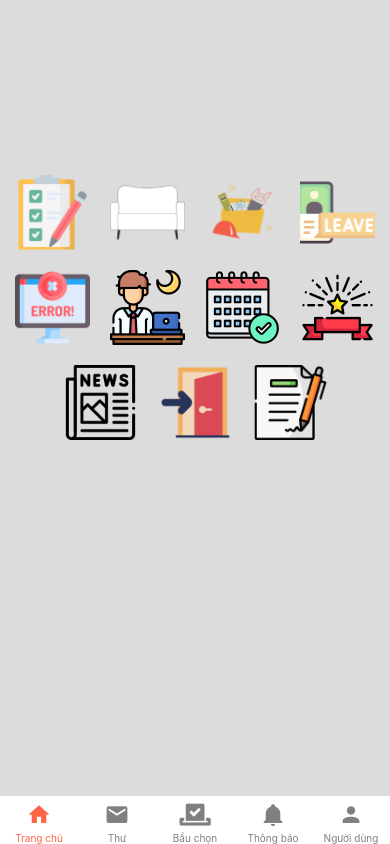
Repository: diepdung02/AppPTC
Page: /Home
The author's editor kept a copy of each file at every save. The page is drawn from the files as they stood at one save, then again after the next save.
The browser window is 390 px wide. The pictures show the whole page.
The page's requests for data from a server got no answer. The app was drawn by React Native's web renderer in a window 390 px wide. The project was rebuilt for these pictures with package versions that can differ from the ones it lists, and the page was loaded fresh each time. No one was signed in, and anything a server would have sent is missing. Also part of the build but not shown: screen/home/MailScreen.tsx, screen/home/NotificationScreen.tsx, screen/home/UserScreen.tsx, screen/home/VoteScreen.tsx.

Above is the page before, as saved 2024-06-30 15:24:39.

After the next save:
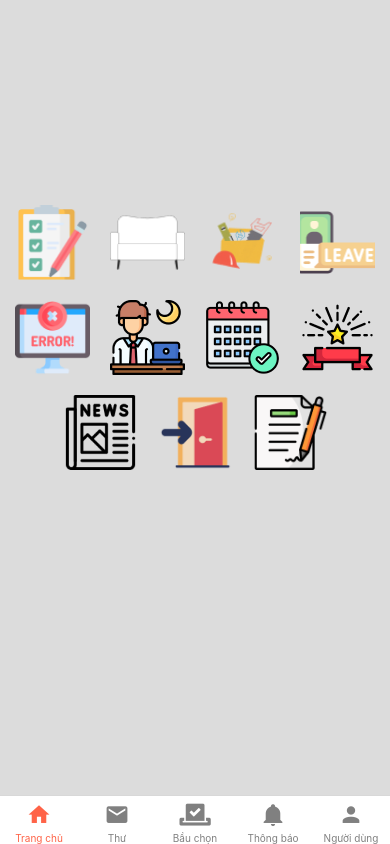
Saved 32 s later.
--- a/screen/home/HomeScreen.tsx
+++ b/screen/home/HomeScreen.tsx
@@ -104,7 +104,7 @@ const styles = StyleSheet.create({
     flexDirection: 'row',
     flexWrap: 'wrap',
     justifyContent: 'center',
-    marginTop: 20,
+    marginTop: 50,
   },
   icon: {
     width: 75,
